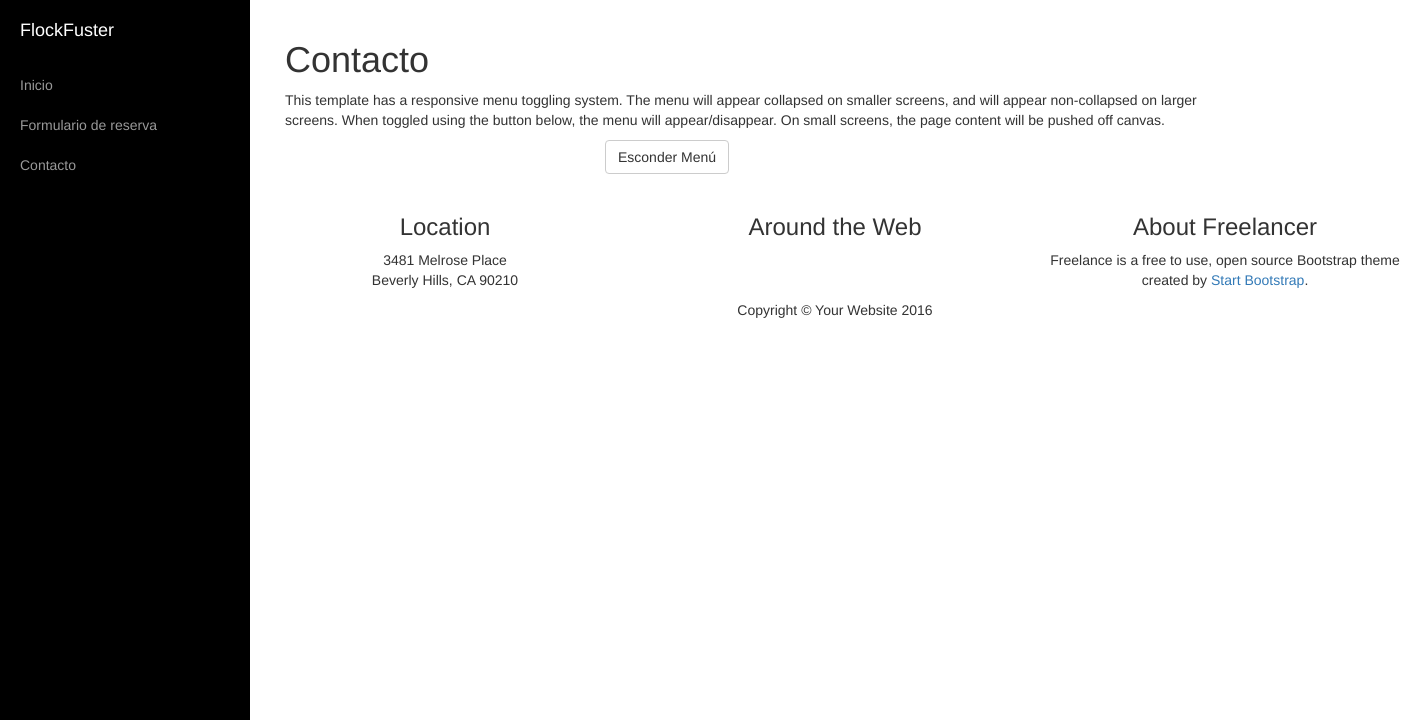
Repository: FranciscaGeorgue/Experiencia-3
Page: contacto.html
The author's editor kept a record of every edit. The page is drawn from the files as they stood at one moment, then again after the next edit.
The browser window is 1280 px wide. The page is 1420 px wide, so the pictures cover 1420 px, including what lies to the right of the window. The pictures show the whole page.

Above is the page before.

After the next edit:
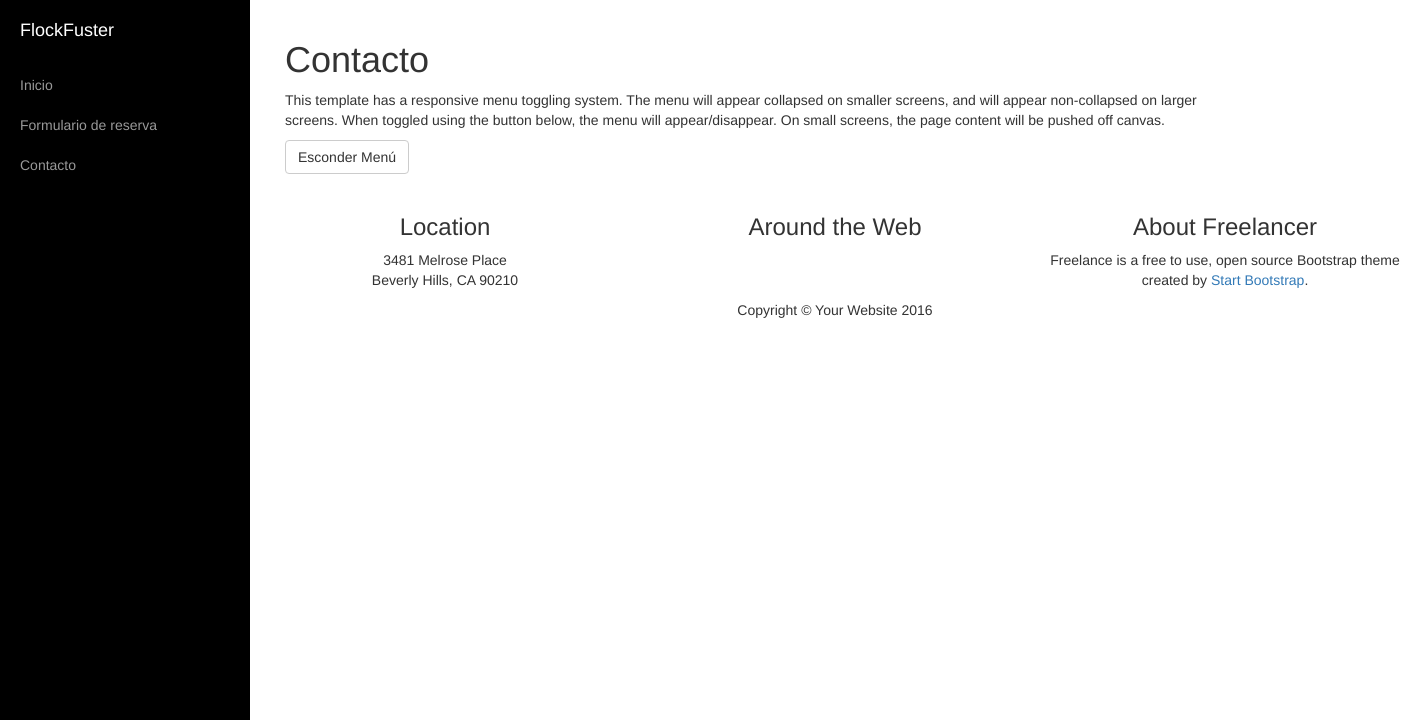
The edit:
--- a/contacto.html
+++ b/contacto.html
@@ -58,25 +58,6 @@
                     <div class="col-lg-12">
                         <h1>Contacto</h1>
                         <p>This template has a responsive menu toggling system. The menu will appear collapsed on smaller screens, and will appear non-collapsed on larger screens. When toggled using the button below, the menu will appear/disappear. On small screens, the page content will be pushed off canvas.</p>
-                        <div class="footer-col col-md-4">
-                        <ul class="list-inline">
-                            <li>
-                                <a href="#" class="btn-social btn-outline"><i class="fa fa-fw fa-facebook"></i></a>
-                            </li>
-                            <li>
-                                <a href="#" class="btn-social btn-outline"><i class="fa fa-fw fa-google-plus"></i></a>
-                            </li>
-                            <li>
-                                <a href="#" class="btn-social btn-outline"><i class="fa fa-fw fa-twitter"></i></a>
-                            </li>
-                            <li>
-                                <a href="#" class="btn-social btn-outline"><i class="fa fa-fw fa-linkedin"></i></a>
-                            </li>
-                            <li>
-                                <a href="#" class="btn-social btn-outline"><i class="fa fa-fw fa-dribbble"></i></a>
-                            </li>
-                        </ul>
-                    </div>
                         <a href="#menu-toggle" class="btn btn-default" id="menu-toggle">Esconder Menú</a>
                     </div>
                 </div>
